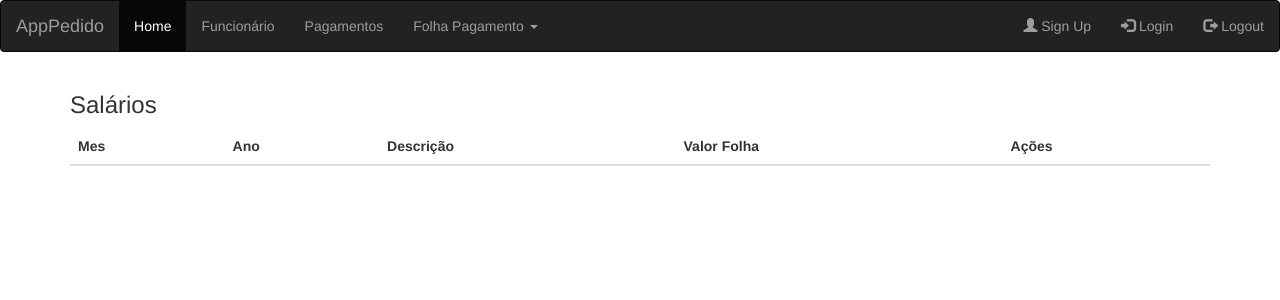
Repository: pauloEzequiel/AppFolha
Page: http://localhost/appfolha/WEB-INF/jsp/salario/lista.jsp
These files come from the project's save history. The page is drawn as it stood at one moment and after the next save; the edit follows.
The browser window is 1280 px wide. The pictures show the whole page.
The page is served by Tomcat 9. Nobody is signed in. Other server files are loaded and not shown. The template is opened directly, without the code that normally fills it, so the values that code supplies are empty.

Above is the page before, as saved 2022-11-13 02:03:45.

### appfolha/src/main/webapp/WEB-INF/jsp/salario/lista.jsp
<%@ page language="java" contentType="text/html; charset=ISO-8859-1" pageEncoding="ISO-8859-1"%>
<%@ taglib uri="http://java.sun.com/jsp/jstl/core" prefix="c"%>
<!DOCTYPE html>
<html>
<head>
	<meta charset="ISO-8859-1">
  <link rel="stylesheet" href="https://maxcdn.bootstrapcdn.com/bootstrap/3.4.1/css/bootstrap.min.css">
	<title>AppFolha</title>
</head>
<body>
	<c:import url="/WEB-INF/jsp/menu.jsp"/>
	<div class="container mt-3">
	  <h3>Salários</h3>

	  <table class="table table-striped">
	    <thead>
	      <tr>
	        <th>Mes</th>
	        <th>Ano</th>
	        <th>Descrição</th>
	        <th>Valor Folha</th>
	        <th>Ações</th>
	      </tr>
	    </thead>
	    <tbody>
		  <c:forEach var="p" items="${listagem}">
		      <tr>
				<td>${p.mes}</td>
		        <td>${p.ano}</td>
		        <td>${p.descricao}</td>
		        <td>${p.getTotalValor()}</td>
		        <td><a href="/salario/${p.id}/visualizar">Visualizar</a> <a href="/salario/${p.id}/excluir">Excluir</a></td>
		      </tr>
	      </c:forEach>
	    </tbody>
	  </table>
	</div>
</body>
</html>

### appfolha/src/main/webapp/WEB-INF/jsp/menu.jsp
<%@ page language="java" contentType="text/html; charset=ISO-8859-1" pageEncoding="ISO-8859-1"%>
<%@ taglib uri="http://java.sun.com/jsp/jstl/core" prefix="c"%>

<script src="https://code.jquery.com/jquery-3.3.1.slim.min.js" integrity="sha384-q8i/X+965DzO0rT7abK41JStQIAqVgRVzpbzo5smXKp4YfRvH+8abtTE1Pi6jizo" crossorigin="anonymous"></script>
<script src="https://cdn.jsdelivr.net/npm/popper.js@1.14.7/dist/umd/popper.min.js" integrity="sha384-UO2eT0CpHqdSJQ6hJty5KVphtPhzWj9WO1clHTMGa3JDZwrnQq4sF86dIHNDz0W1" crossorigin="anonymous"></script>
<script src="https://cdn.jsdelivr.net/npm/bootstrap@4.3.1/dist/js/bootstrap.min.js" integrity="sha384-JjSmVgyd0p3pXB1rRibZUAYoIIy6OrQ6VrjIEaFf/nJGzIxFDsf4x0xIM+B07jRM" crossorigin="anonymous"></script>

<nav class="navbar navbar-inverse">
  <div class="container-fluid">
    <div class="navbar-header">
      <a class="navbar-brand" href="#">AppPedido</a>
    </div>
    <ul class="nav navbar-nav">
      <li class="active"><a href="/">Home</a></li>
	      <li class="nav-item">
	        <a class="nav-link" href="/funcionario/lista">Funcionário</a>
	      </li>
	      <li class="nav-item">
	        <a class="nav-link" href="/pagamento/lista">Pagamentos</a>
	      </li>
	      <li class="class=" nav-item dropdown">
	        <a class="dropdown-toggle" href="/folhaPagamento/lista"	data-toggle="dropdown" role="button" aria-haspopup="true"
					aria-expanded="false">Folha Pagamento <span class="caret"></span></a>
					<ul class="dropdown-menu">

						<li><a class="nav-link" href="/salario/lista">Salário</a></li>
						<li><a class="nav-link" href="/beneficio/lista">Benefício</a></li>
						<li><a class="nav-link" href="/devolucao/lista">Devolução</a></li>
						<li><a class="nav-link" href="/folhaPagamento/lista">Todas</a></li>
					</ul>
	      </li>
    </ul>
    <ul class="nav navbar-nav navbar-right">
      <li><a href="/usuario"><span class="glyphicon glyphicon-user"></span> Sign Up</a></li>
	  <li><a href="/login"><span class="glyphicon glyphicon-log-in"></span> Login</a></li>

       <li><a href="/logout"><span class="glyphicon glyphicon-log-out"></span> Logout</a></li>
    </ul>
  </div>
</nav>

After the next save:
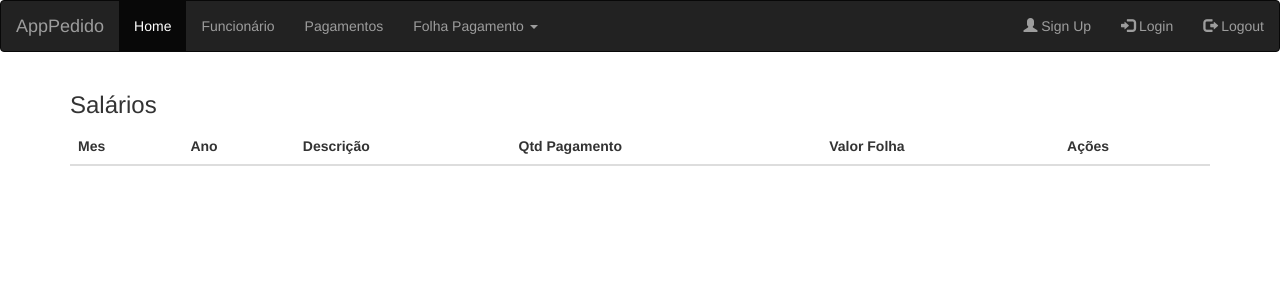
Saved 31 s later.
--- a/appfolha/src/main/webapp/WEB-INF/jsp/salario/lista.jsp
+++ b/appfolha/src/main/webapp/WEB-INF/jsp/salario/lista.jsp
@@ -18,6 +18,7 @@
 	        <th>Mes</th>
 	        <th>Ano</th>
 	        <th>Descrição</th>
+	        <th>Qtd Pagamento</th>
 	        <th>Valor Folha</th>
 	        <th>Ações</th>
 	      </tr>
